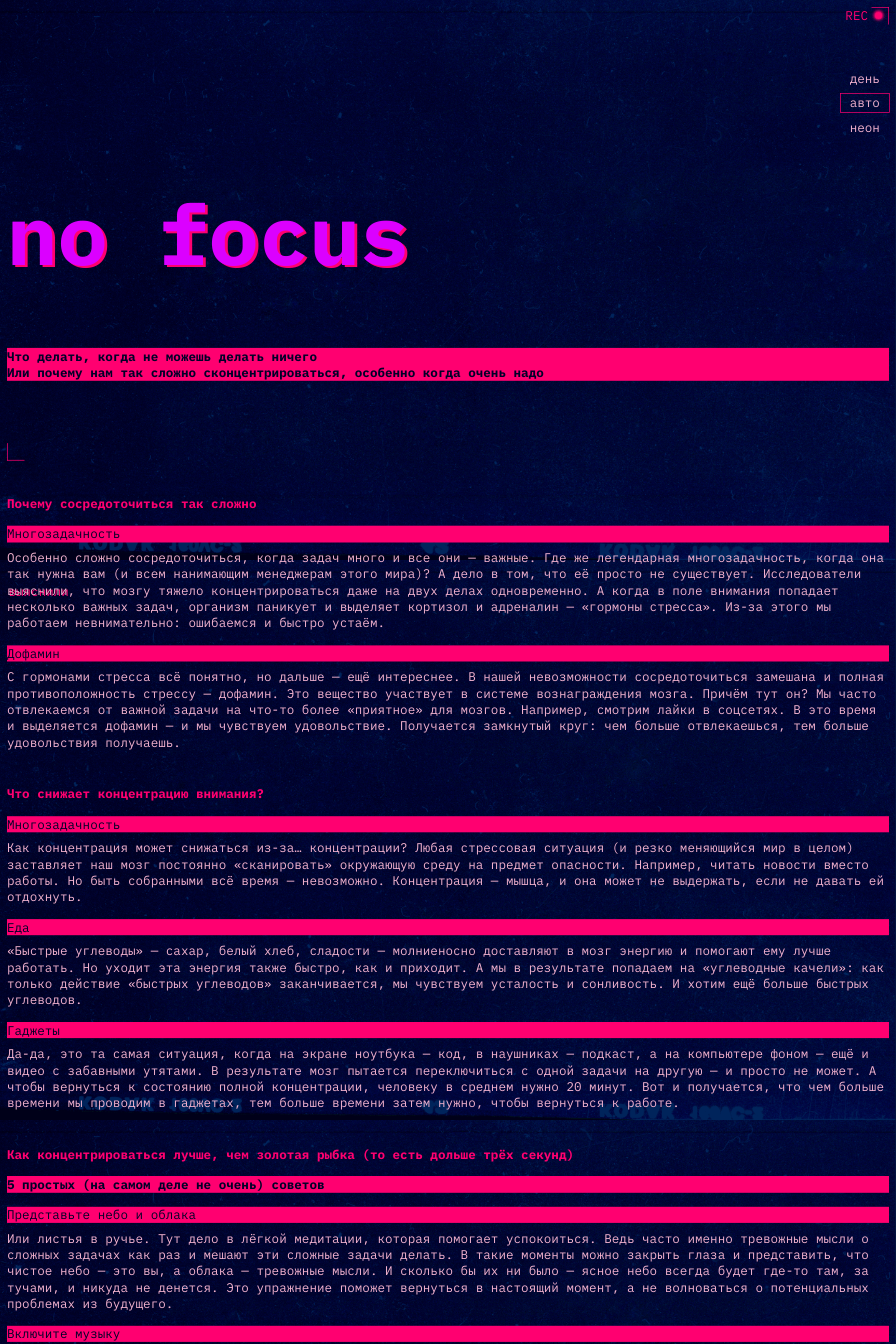
Repository: NikWolf75/slozhno-sosredotochitsya-fd
Page: index.html
The author's editor kept a copy of each file at every save. The page is drawn from the files as they stood at one save, then again after the next save.
The browser window is 1280 px wide. The pictures show the part of the page from y = 0 to 1920 px (the page is 4064 px tall before and 4042 px after), at 70% of full size.
Backgrounds fixed to the window are drawn as part of the page.

Above is the page before, as saved 2025-02-27 12:23:47.

After the next save:
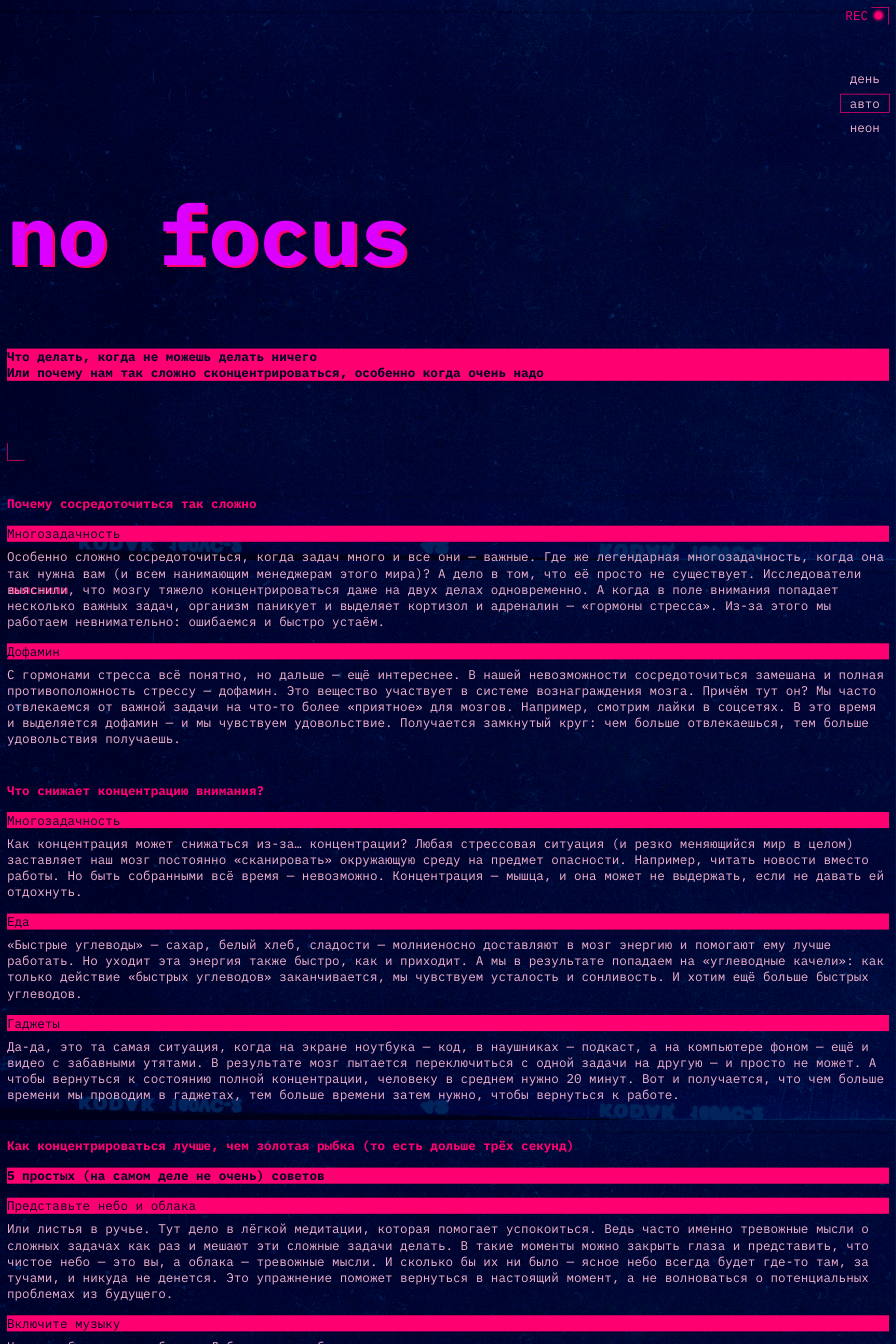
Saved 76 s later.
--- a/styles/style.css
+++ b/styles/style.css
@@ -10,7 +10,6 @@
   background-attachment: fixed;
   background-position: center;
   background-size: cover;
-  line-height: 1.3em;
   color: var(--main-font-color, #F1B2CE);
  }
 
